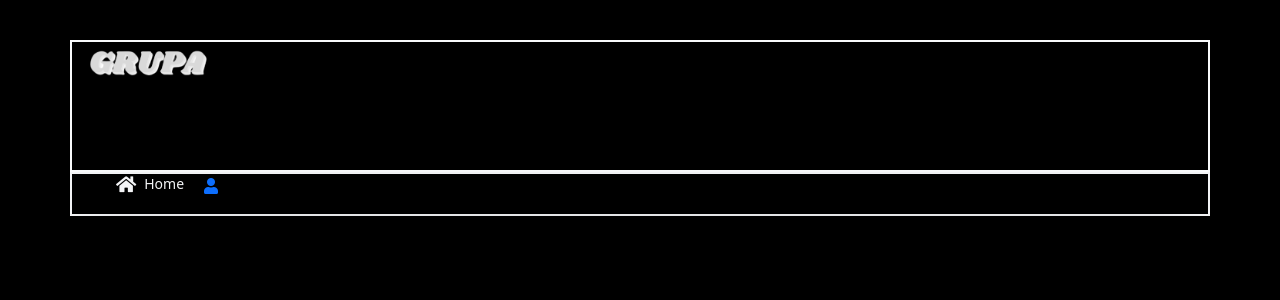
Repository: latenightsnacc/urban-pancake
Page: index.html
These files come from the project's save history. The page is drawn as it stood at one moment and after the next save; the edit follows.
The browser window is 1280 px wide. The pictures show the whole page.
Some web libraries are served in a nearby version.

Above is the page before, as saved 2021-04-30 14:19:29.

After the next save:
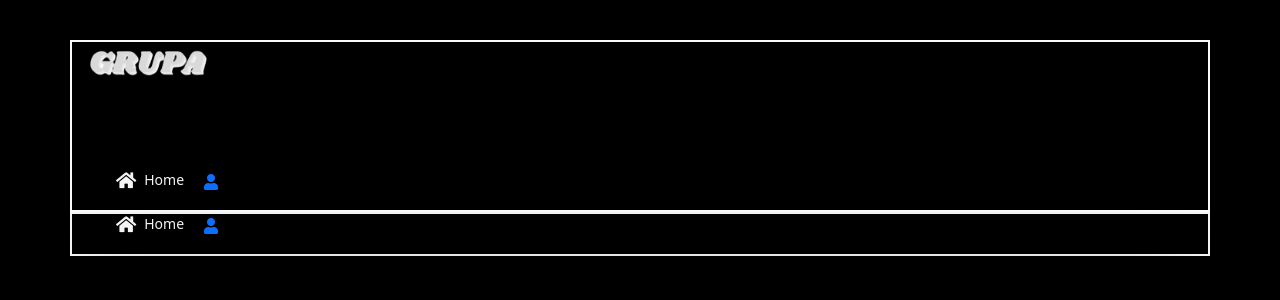
Saved 39 s later.
--- a/index.html
+++ b/index.html
@@ -25,8 +25,20 @@
                     <div class="h-32 w-32">
                         <img class="w-full" src="./assets/logo/LOGO-shadow.png" >
                     </div>
-
                 </a>
+                <ul class="flex flex-row">
+                    <li class="mr-5">
+                        <a href="index.html" class="flex flex-row items-center text-lg text-gray-100 no-underline">
+                            <i class="fas fa-home"></i>
+                            <span class="ml-2 hidden md:block capitalize text-sm">home</span>
+                        </a>
+                    </li>
+                    <li>
+                        <a href="#">
+                            <i class="fas fa-user"></i>
+                        </a>
+                    </li>
+                </ul>
             </div>
             <div class="w-5/6"></div>
         </div>
